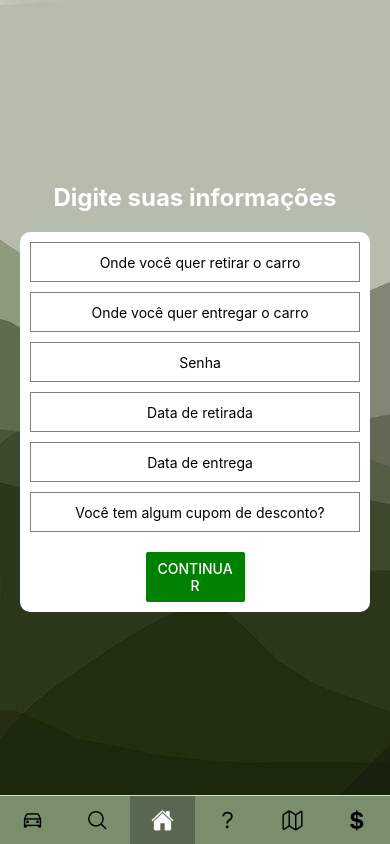
Repository: GabrielAron/EcoWheels
Page: /Home
An editor plug-in stored every save of this project. The page is shown before and after the next save, followed by the edit.
The browser window is 390 px wide. The pictures show the whole page.
The app was drawn by React Native's web renderer in a window 390 px wide. The project was rebuilt for these pictures with package versions that can differ from the ones it lists, and the page was loaded fresh each time. Also part of the build but not shown: src/Paginas/Carros/index.js, src/Paginas/Ajuda/index.js, src/Paginas/Mapa/index.js, src/Paginas/Pagamento/pagamento.js.

Above is the page before, as saved 2023-11-24 14:56:52.

After the next save:
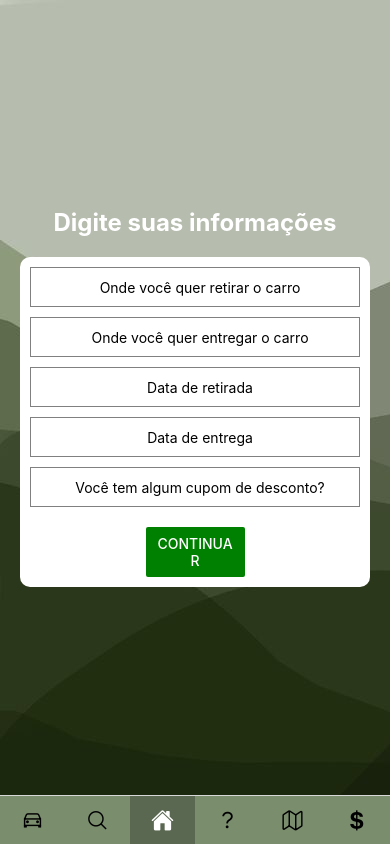
Saved 53 s later.
--- a/src/Paginas/Home/index.js
+++ b/src/Paginas/Home/index.js
@@ -39,7 +39,6 @@
         <View style={styles.formContainer}>
           <TextInput style={styles.input} placeholder="Onde você quer retirar o carro" />
           <TextInput style={styles.input} placeholder="Onde você quer entregar o carro" />
-          <TextInput style={styles.input} placeholder="Senha" secureTextEntry={true} />
           <TextInput style={styles.input} placeholder="Data de retirada" keyboardType="numeric" value={date} onChangeText={handleDateChange} />
           <TextInput style={styles.input} placeholder="Data de entrega" keyboardType="numeric" value={returnDate} onChangeText={handleReturnDateChange} />
           <TextInput style={styles.input} placeholder="Você tem algum cupom de desconto?" />

After the save that followed:
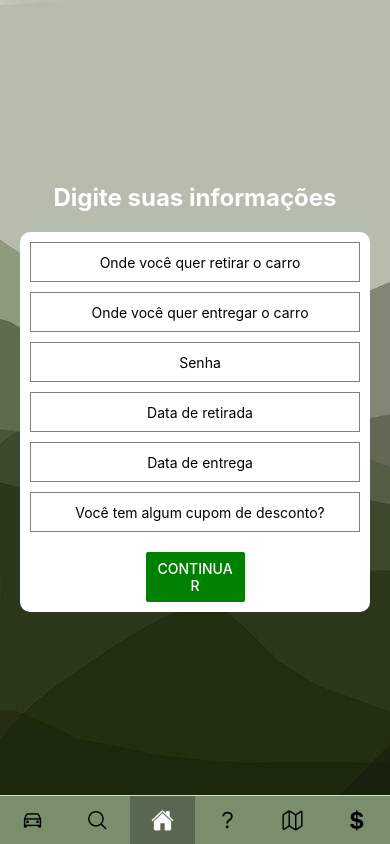
Saved 2 min 28 s later.
--- a/src/Paginas/Home/index.js
+++ b/src/Paginas/Home/index.js
@@ -1,35 +1,21 @@
 import React, { useState } from 'react';
-import { View, Text, TextInput, Button, StyleSheet, ImageBackground } from 'react-native';
+import { View, Text, TextInput, Button, StyleSheet, ImageBackground, Alert } from 'react-native';
 import Fundo from '/imagens/fundoverde.jpg';
 
 export default function App() {
-  const [date, setDate] = useState('');
+  const [pickupLocation, setPickupLocation] = useState('');
+  const [dropoffLocation, setDropoffLocation] = useState('');
+  const [password, setPassword] = useState('');
+  const [pickupDate, setPickupDate] = useState('');
   const [returnDate, setReturnDate] = useState('');
+  const [coupon, setCoupon] = useState('');
 
-  const handleDateChange = (text) => {
-    // Remove any non-numeric characters
-    const numericText = text.replace(/[^0-9]/g, '');
-
-    // Add slashes to form a date
-    let formattedText = numericText.replace(/(\d{2})(\d{2})(\d{4})/, '$1/$2/$3');
-
-    // Limit length
-    formattedText = formattedText.substring(0, 10);
-
-    setDate(formattedText);
-  };
-
-  const handleReturnDateChange = (text) => {
-    // Remove any non-numeric characters
-    const numericText = text.replace(/[^0-9]/g, '');
-
-    // Add slashes to form a date
-    let formattedText = numericText.replace(/(\d{2})(\d{2})(\d{4})/, '$1/$2/$3');
-
-    // Limit length
-    formattedText = formattedText.substring(0, 10);
-
-    setReturnDate(formattedText);
+  const handleContinue = () => {
+    if (!pickupLocation || !dropoffLocation || !password || !pickupDate || !returnDate) {
+      Alert.alert('Erro', 'Por favor, preencha todos os campos corretamente.');
+    } else {
+      // Continue with the next step
+    }
   };
 
   return (
@@ -37,13 +23,14 @@
       <View style={styles.container}>
         <Text style={styles.title}>Digite suas informações</Text>
         <View style={styles.formContainer}>
-          <TextInput style={styles.input} placeholder="Onde você quer retirar o carro" />
-          <TextInput style={styles.input} placeholder="Onde você quer entregar o carro" />
-          <TextInput style={styles.input} placeholder="Data de retirada" keyboardType="numeric" value={date} onChangeText={handleDateChange} />
-          <TextInput style={styles.input} placeholder="Data de entrega" keyboardType="numeric" value={returnDate} onChangeText={handleReturnDateChange} />
-          <TextInput style={styles.input} placeholder="Você tem algum cupom de desconto?" />
+          <TextInput style={styles.input} placeholder="Onde você quer retirar o carro" onChangeText={text => setPickupLocation(text)} />
+          <TextInput style={styles.input} placeholder="Onde você quer entregar o carro" onChangeText={text => setDropoffLocation(text)} />
+          <TextInput style={styles.input} placeholder="Senha" secureTextEntry={true} onChangeText={text => setPassword(text)} />
+          <TextInput style={styles.input} placeholder="Data de retirada" keyboardType="numeric" value={pickupDate} onChangeText={text => setPickupDate(text)} />
+          <TextInput style={styles.input} placeholder="Data de entrega" keyboardType="numeric" value={returnDate} onChangeText={text => setReturnDate(text)} />
+          <TextInput style={styles.input} placeholder="Você tem algum cupom de desconto?" onChangeText={text => setCoupon(text)} />
           <View style={styles.buttonContainer}>
-            <Button title="Continuar" onPress={() => {}} color="green" />
+            <Button title="Continuar" onPress={handleContinue} color="green" />
           </View>
         </View>
       </View>
